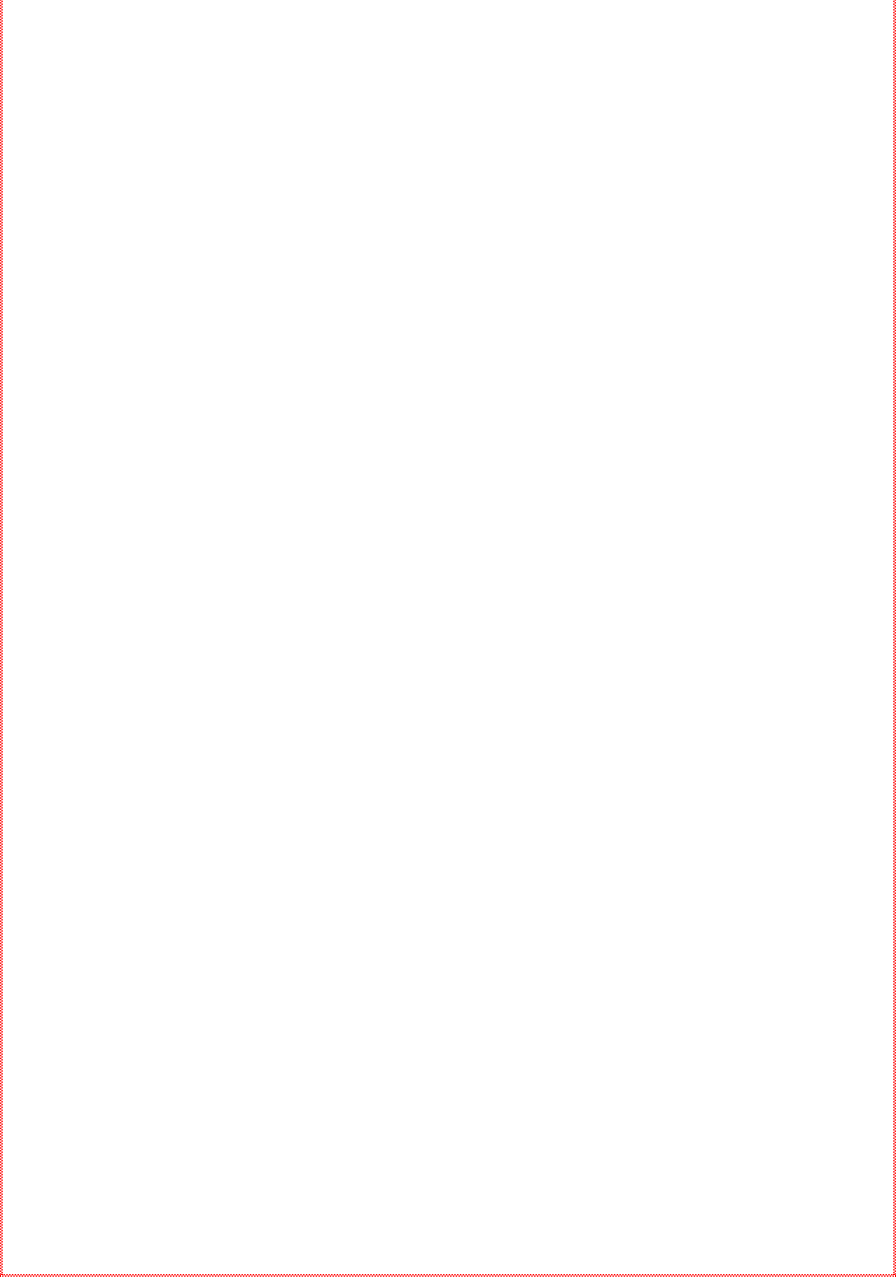
Repository: LavriaNeptune/css-basic
Page: position/top.html
These files come from the project's save history. The page is drawn as it stood at one moment and after the next save; the edit follows.
The browser window is 1280 px wide. The pictures show the part of the page from y = 1180 to 3100 px (the page is 3004 px tall before and 3100 px after), at 70% of full size.

Above is the page before, as saved 2022-08-19 20:07:24.

After the next save:
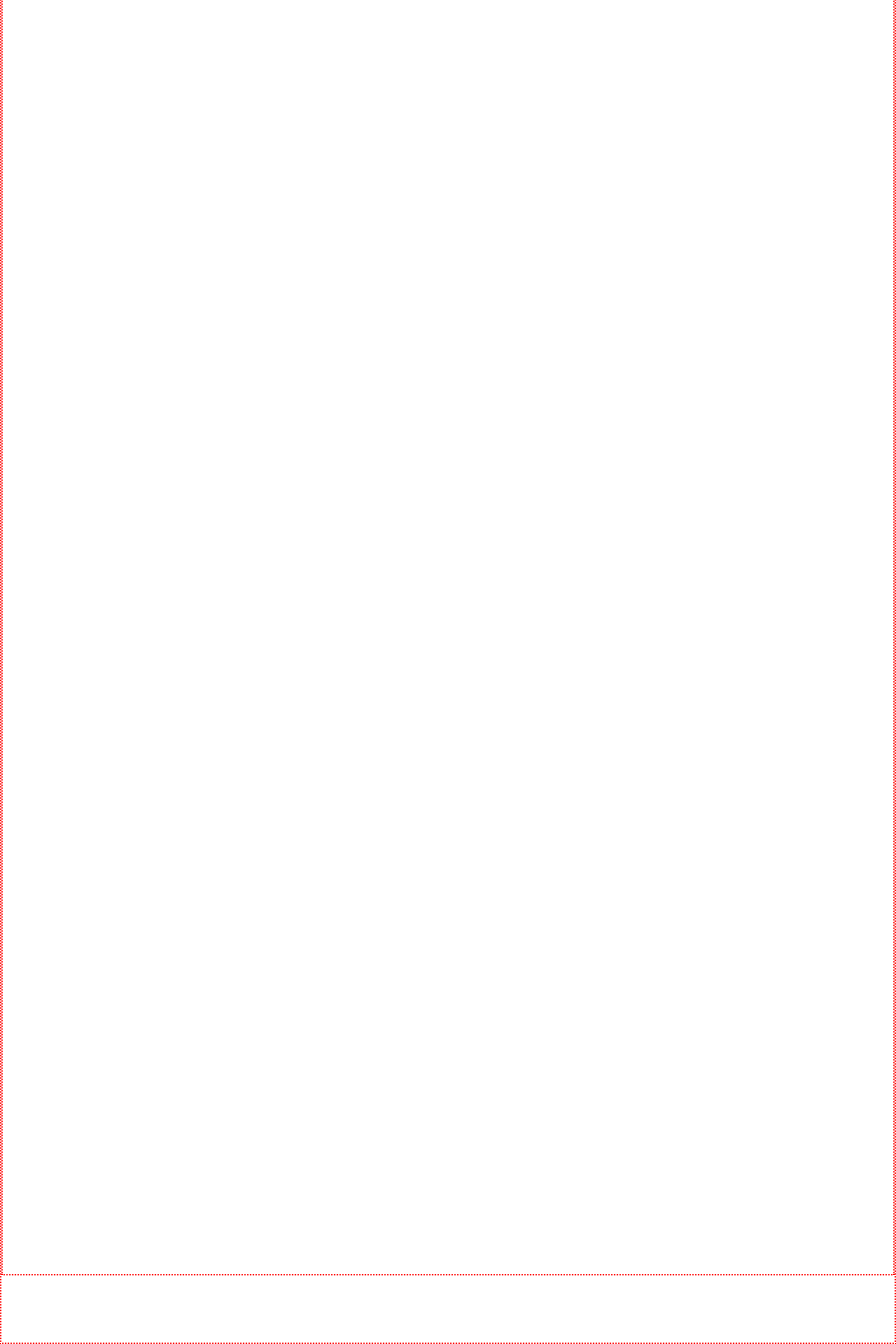
Saved 8 s later.
--- a/position/top.html
+++ b/position/top.html
@@ -3,8 +3,8 @@
 <html>
   <head>
     <style>
-      html{
-        h
+      html {
+        height: 3100px;
       }
       body {
         height: 3000px;
